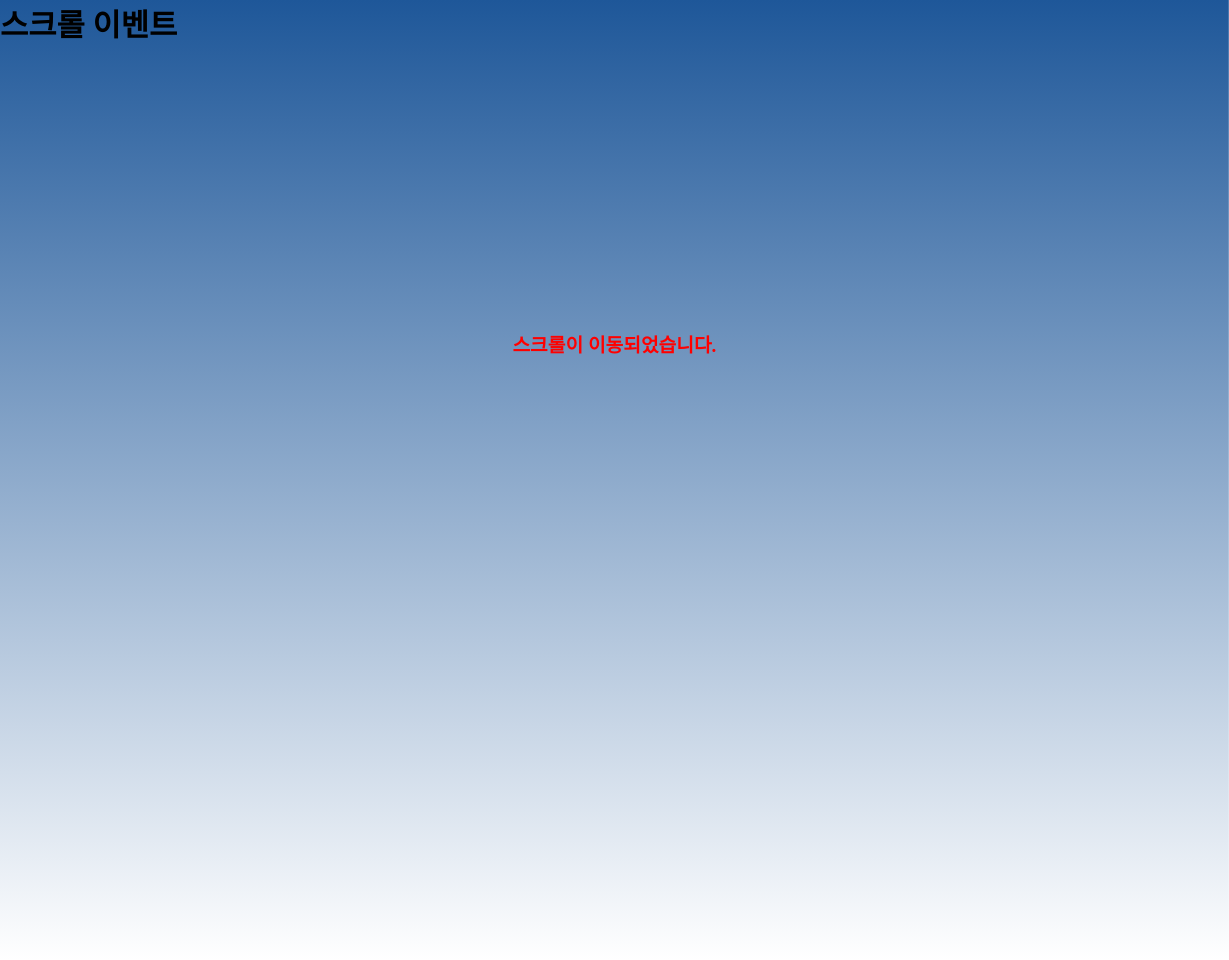
Repository: chaejunho689/bitcamp
Page: jQuery/src/main/webapp/02_jQueryEvent/exam12.html
The author's editor kept a copy of each file at every save. The page is drawn from the files as they stood at one save, then again after the next save.
The browser window is 1280 px wide. The pictures show the whole page, at 96% of full size.

Above is the page before, as saved 2024-08-23 02:56:47.

After the next save:
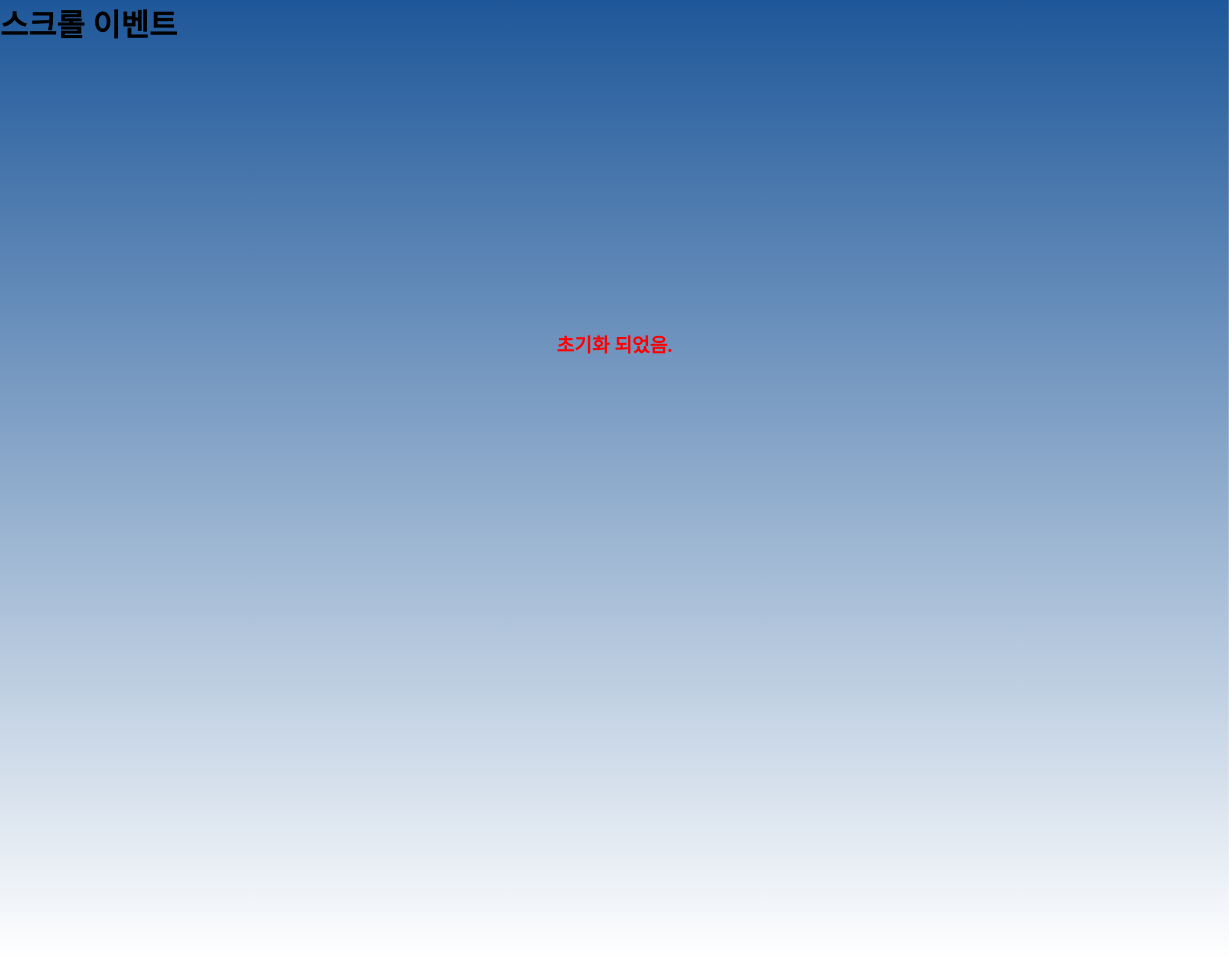
Saved 6 s later.
--- a/jQuery/src/main/webapp/02_jQueryEvent/exam12.html
+++ b/jQuery/src/main/webapp/02_jQueryEvent/exam12.html
@@ -18,7 +18,7 @@ $(function(){
 		$('#console').html('스크롤이 이동되었습니다.');
 
 		setTimeout(function(){
-			$('#console').html('스크롤이 이동되었습니다.');
+			$('#console').html('초기화 되었음.');
 		}, 3000);
 	});
 });
